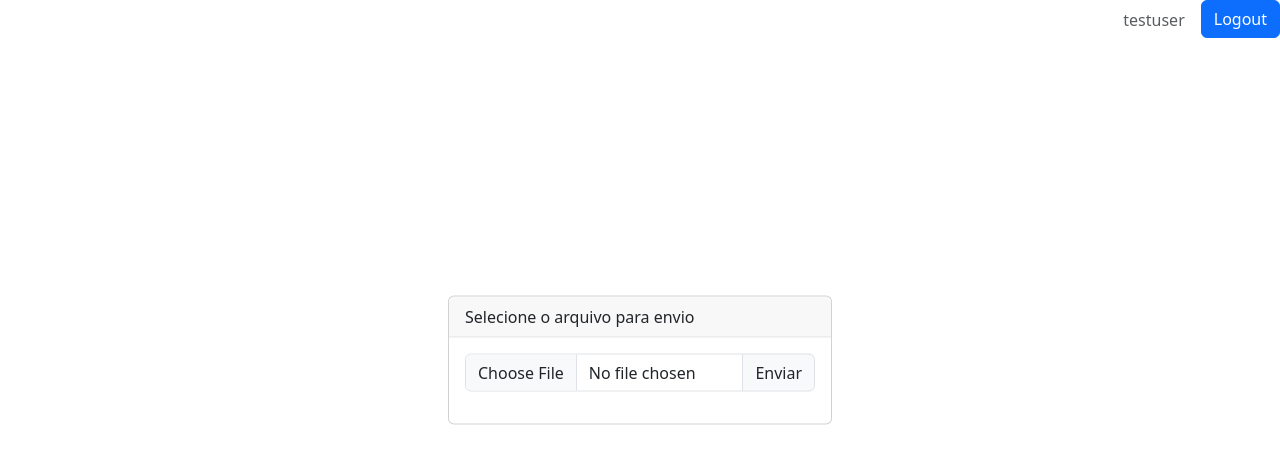
Repository: vandrecx/utilitaries
Page: http://localhost/login_archive/userpage.php
These files come from the project's save history. The page is drawn as it stood at one moment and after the next save; the edit follows.
The browser window is 1280 px wide. The pictures show the whole page.
The page is run by PHP 8.4 with error messages shown; the project is at /var/www/html/. The session is filled in as if someone had signed in: {"ID": "testuser", "Email": "test@example.com", "Name": "testuser", "Cargo": "User"}. Other server files are loaded and not shown.

Above is the page before, as saved 2024-04-25 11:18:33.

### login_archive/userpage.php
<?php

require_once 'Conn.php';

session_start();

if (!isset($_SESSION['ID']) || $_SESSION['Cargo'] !== "User") {
    header("Location: index.php");
    exit();
}else{
    $user_id = $_SESSION['ID'];
    $user_email = $_SESSION['Email'];
    $user_name = $_SESSION['Name'];
}

?>

<!DOCTYPE html>
<html lang="en">
<head>
    <meta charset="UTF-8">
    <meta name="viewport" content="width=device-width, initial-scale=1.0">
    <link href="https://cdn.jsdelivr.net/npm/bootstrap@5.3.3/dist/css/bootstrap.min.css" rel="stylesheet" integrity="sha384-QWTKZyjpPEjISv5WaRU9OFeRpok6YctnYmDr5pNlyT2bRjXh0JMhjY6hW+ALEwIH" crossorigin="anonymous">
    <title>Página do Usuário</title>
</head>
<body>
    <ul class="nav justify-content-end">
        <li class="nav-item">
            <a class="nav-link disabled" aria-current="page" ><?php echo "$user_name"?></a>
        </li>
        <li class="nav-item">
            <a href="LogOut.php" class="btn btn-primary">Logout</a>
        </li>
    </ul>
    <div class='card' style='width: 30%; justify-content: center; position: absolute; top: 50%; left: 50%; transform: translate(-50%, -50%);'>
        <div class="card-header">
            Selecione o arquivo para envio
        </div>
        <div class="card-body">
            <form>
                <div class="input-group mb-3">
                    <input type="file" class="form-control" id="inputGroupFile02">
                    <label class="input-group-text" for="inputGroupFile02">Enviar</label>
                </div>
            </form>
        </div>
    </div>
</body>
</html>

### login_archive/Conn.php
<?php

define('HOSTNAME', 'localhost');
define('USERNAME', 'root');
define('PASSWORD', '');
define('DBNAME', 'upload');

$conn = new mysqli(HOSTNAME, USERNAME, PASSWORD, DBNAME);

if($conn->errno){
    die("Falha na conexão: ".$conn->error);
}else{
    //echo "Conexão realizada com sucesso!";
}

?>

After the next save:
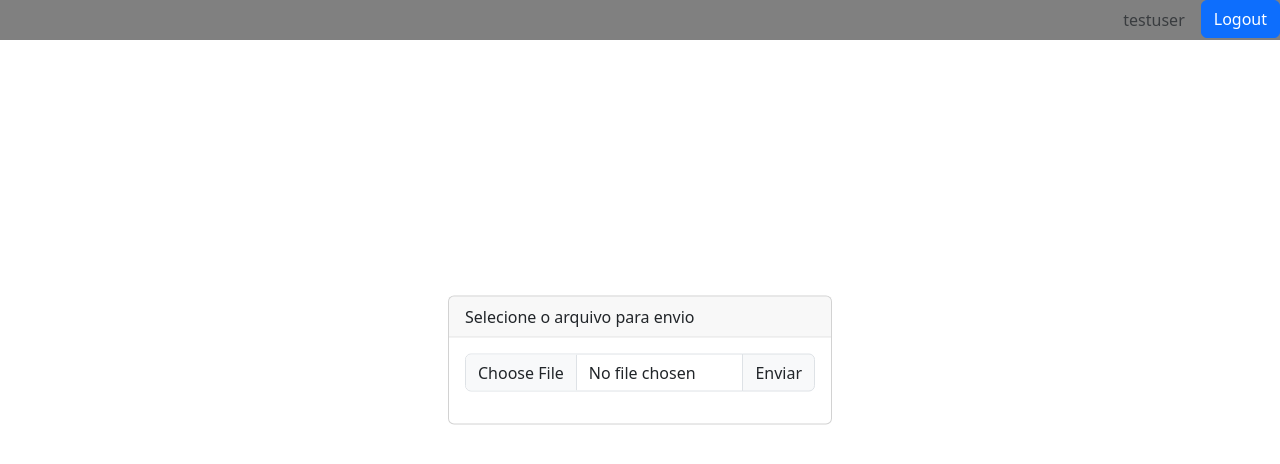
Saved 2 h 49 min later.
--- a/login_archive/userpage.php
+++ b/login_archive/userpage.php
@@ -24,7 +24,7 @@ if (!isset($_SESSION['ID']) || $_SESSION['Cargo'] !== "User") {
     <title>Página do Usuário</title>
 </head>
 <body>
-    <ul class="nav justify-content-end">
+    <ul class="nav justify-content-end" style="background-color: grey">
         <li class="nav-item">
             <a class="nav-link disabled" aria-current="page" ><?php echo "$user_name"?></a>
         </li>
